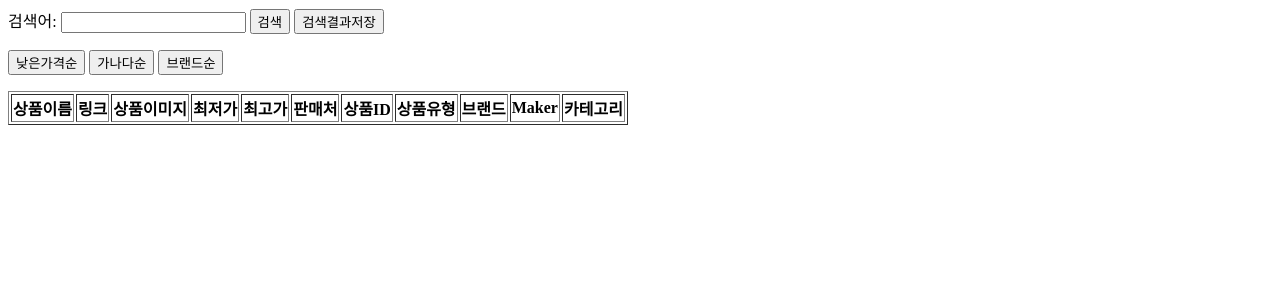
Repository: parkjiminnnn/NaverShoppingAPI
Page: http://localhost/Shop/main.jsp
The author's editor kept a copy of each file at every save. The page is drawn from the files as they stood at one save, then again after the next save.
The browser window is 1280 px wide. The pictures show the whole page.
The page is served by Tomcat 9. Other server files are loaded and not shown.

Above is the page before, as saved 2023-11-17 12:30:44.

### Shop/WebContent/main.jsp
<%@ page language="java" contentType="text/html; charset=UTF-8" pageEncoding="UTF-8"%>
<%@page import="shop.DBconnect"%>
<%@ page import="shop.*" %>
<%@ page import="java.net.URLEncoder" %>
<%@ page import="java.util.*" %>

<%
    // 한글 깨짐 방지
    request.setCharacterEncoding("UTF-8");

    // 검색 결과를 저장할 리스트
    List<Data> searchResults = new ArrayList<>();

    // POST 메서드로 요청이 왔을 때 검색 수행
    if ("POST".equalsIgnoreCase(request.getMethod())) {
        // 사용자가 입력한 검색어 가져오기
        String searchTerm = request.getParameter("searchTerm");

        // 검색어가 비어있지 않다면 API 호출
        if (searchTerm != null && !searchTerm.isEmpty()) {
            // 네이버 API 호출
            String clientId = "iE6XydOWfru4IEU74MXl";
            String clientSecret = "m9Am_QmO2k";

            String text = URLEncoder.encode(searchTerm, "UTF-8");
            String apiURL = "https://openapi.naver.com/v1/search/shop?query="+text+"&display=100";
            Map<String, String> requestHeaders = new HashMap<>();
            requestHeaders.put("X-Naver-Client-Id", clientId);
            requestHeaders.put("X-Naver-Client-Secret", clientSecret);

            // 네이버 API 호출 메서드를 통해 결과 받아오기
            searchResults = NaverShop.parseItemsArray(NaverShop.get(apiURL, requestHeaders));
        }
    }
 // 저장 버튼이 클릭되면 DB에 저장
    if ("POST".equalsIgnoreCase(request.getMethod()) && request.getParameter("saveButton") != null) {
        DBconnect.saveToDatabase(searchResults);


%>
		<!--저장확인메시지 출력  -->
		<script>
            alert("데이터가 성공적으로 저장되었습니다.");
        </script>

<%
    }
    // 낮은가격순
   if(request.getParameter("lpriceButton") != null){
    Collections.sort(searchResults, (data1, data2) -> Integer.compare(Integer.parseInt(data1.getLprice()), Integer.parseInt(data2.getLprice())));
   }
    //가나다순
    if(request.getParameter("titleButton") != null){
    Collections.sort(searchResults, (data1, data2) -> data1.getTitle().compareTo(data2.getTitle()));

    }
    //브랜드순
    if(request.getParameter("brandButton") != null){
    	Collections.sort(searchResults, (data1, data2) -> data1.getBrand().compareTo(data2.getBrand()));
    }

%>




<html>
<head>
<meta charset="UTF-8">
<link rel="stylesheet" href="css/table.css">
    <title>Search Page</title>
</head>
<body>
<%
    request.setCharacterEncoding("UTF-8");
	String searchTerm = request.getParameter("searchTerm");
	if(searchTerm==null) searchTerm = "";

%>
    <form action="" method="post">
        <label for="searchTerm">검색어:</label>
        <input type="text" id="searchTerm" name="searchTerm" value="<%=searchTerm%>" required>
        <button type="submit">검색</button>
         <!-- 저장 버튼 추가 -->
    <button type="submit" name="saveButton">검색결과저장</button><p>
    <button type="submit" name="lpriceButton">낮은가격순</button>
    <button type="submit" name="titleButton">가나다순</button>
    <button type="submit" name="brandButton">브랜드순</button>

    </form>

    <%-- 검색 결과 출력 --%>
        <table border="1">
            <thead>
                <tr>
                    <th>상품이름</th>
                    <th>링크</th>
                    <th>상품이미지</th>
                    <th>최저가</th>
                    <th>최고가</th>
                    <th>판매처</th>
                    <th>상품ID</th>
                    <th>상품유형</th>
                    <th>브랜드</th>
                    <th>Maker</th>
                    <th>카테고리</th>
                </tr>
            </thead>
    <% if (searchResults != null && !searchResults.isEmpty()) { %>
            <tbody>
                <% for (Data result : searchResults) { %>
                    <tr>
                        <td><%= result.getTitle() %></td>
                        <td><a href="<%= result.getLink() %>"><%= result.getLink() %></a></td>
                        <td><img alt="이미지" src="<%= result.getImage() %>" class="shopimg"></td>
                        <td><%= result.getLprice() %></td>
                        <td><%= result.getHprice() %></td>
                        <td><%= result.getMallName() %></td>
                        <td><%= result.getProductId() %></td>
                        <td><%= result.getProductType() %></td>
                        <td><%= result.getBrand() %></td>
                        <td><%= result.getMaker() %></td>
                        <td><%= result.getCategory1() %></td>
                    </tr>
                <% } %>
            </tbody>
        </table>
    <% } else if ("POST".equalsIgnoreCase(request.getMethod())) { %>
        <p>검색결과가 없습니다..</p>
    <% } %>

</body>
</html>

### Shop/src/shop/Data.java
package shop;


public class Data {
	String title="";
	String link="";
	String image="";
	String lprice="";
	String hprice="";
	String mallName="";
	String productId="";
	String productType="";
	String brand="";
	String maker="";
	String category1 ="";
	public String getTitle() {
		return title;
	}
	public void setTitle(String title) {
		this.title = title;
	}
	public String getLink() {
		return link;
	}
	public void setLink(String link) {
		this.link = link;
	}
	public String getImage() {
		return image;
	}
	public void setImage(String image) {
		this.image = image;
	}
	public String getLprice() {
		return lprice;
	}
	public void setLprice(String lprice) {
		this.lprice = lprice;
	}
	public String getHprice() {
		return hprice;
	}
	public void setHprice(String hprice) {
		this.hprice = hprice;
	}
	public String getMallName() {
		return mallName;
	}
	public void setMallName(String mallName) {
		this.mallName = mallName;
	}
	public String getProductId() {
		return productId;
	}
	public void setProductId(String productId) {
		this.productId = productId;
	}
	public String getProductType() {
		return productType;
	}
	public void setProductType(String productType) {
		this.productType = productType;
	}
	public String getBrand() {
		return brand;
	}
	public void setBrand(String brand) {
		this.brand = brand;
	}
	public String getMaker() {
		return maker;
	}
	public void setMaker(String maker) {
		this.maker = maker;
	}
	public String getCategory1() {
		return category1;
	}
	public void setCategory1(String category1) {
		this.category1 = category1;
	}



}

### Shop/WebContent/css/table.css

.shopimg {
  width: 100px;
  height: 100px;

}

After the next save:
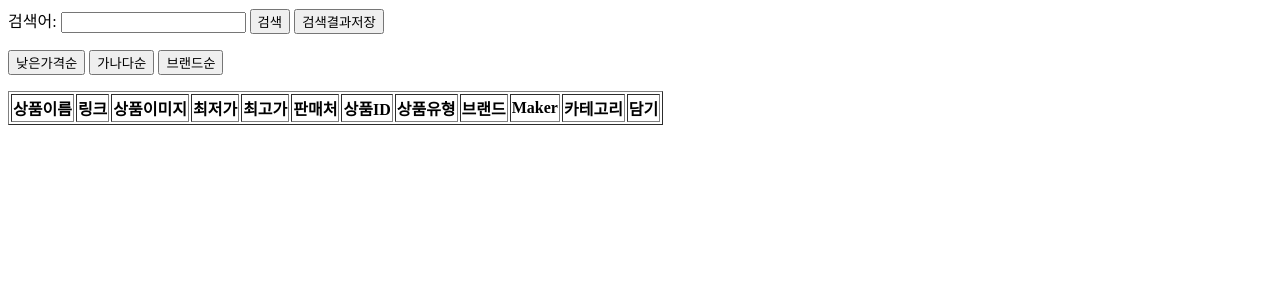
Saved 11 min 21 s later.
--- a/Shop/WebContent/main.jsp
+++ b/Shop/WebContent/main.jsp
@@ -104,6 +104,7 @@
                     <th>브랜드</th>
                     <th>Maker</th>
                     <th>카테고리</th>
+                    <th>담기</th>
                 </tr>
             </thead>
     <% if (searchResults != null && !searchResults.isEmpty()) { %>
@@ -121,6 +122,7 @@
                         <td><%= result.getBrand() %></td>
                         <td><%= result.getMaker() %></td>
                         <td><%= result.getCategory1() %></td>
+                        <td>담기</td>
                     </tr>
                 <% } %>
             </tbody>
